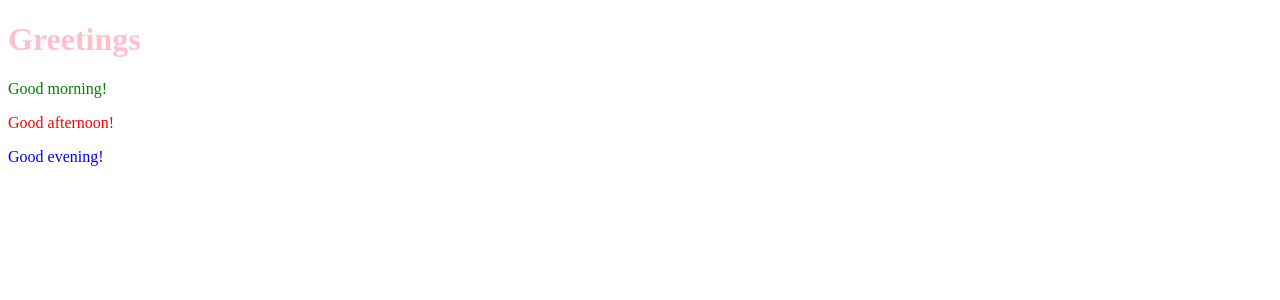
Repository: erika-sugimoto/microposts
Page: test.html
The author's editor kept a record of every edit. The page is drawn from the files as they stood at one moment, then again after the next edit.
The browser window is 1280 px wide. The pictures show the whole page.

Above is the page before.

### test.html
<!DOCTYPE html>
<html lang="ja">

    <head>
        <meta charset="UTF-8">
        <link rel="stylesheet" href="test.css">
        <title>TechAcademy Kitchen</title>
    </head>

    <body>
<h1>Greetings</h1>

  <div id="greetings">
    <p class="morning">
    Good morning!
    </p>
    <p class="afternoon">
    Good afternoon!
    </p>
    <p class="evening">
    Good evening!
    </p>
  </div>
</body>

</html>

### test.css
@charset "UTF-8";

#greetings .morning {
  color: green;
}
#greetings .afternoon {
  color: red;
}
#greetings .evening {
  color: blue;
}


*{
  color:pink;
}

After the next edit:
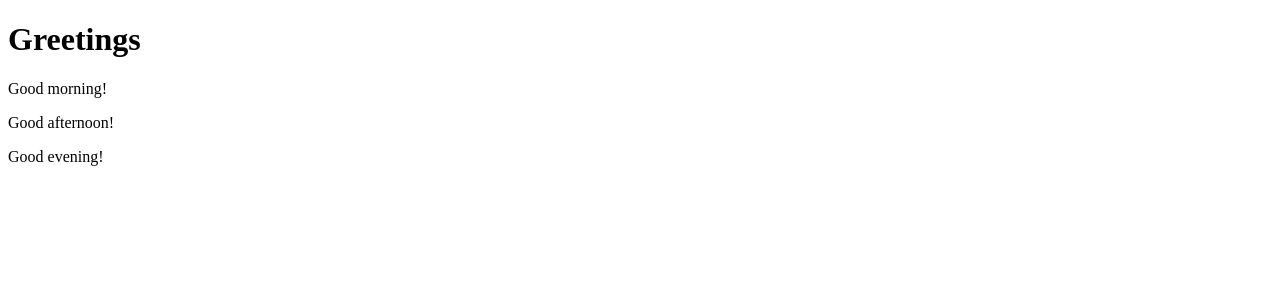
The edit:
--- a/test.css
+++ b/test.css
@@ -1,16 +1,7 @@
 @charset "UTF-8";
 
-#greetings .morning {
-  color: green;
-}
-#greetings .afternoon {
-  color: red;
-}
-#greetings .evening {
-  color: blue;
-}
 
 
-*{
+.colorred{
   color:pink;
 }
